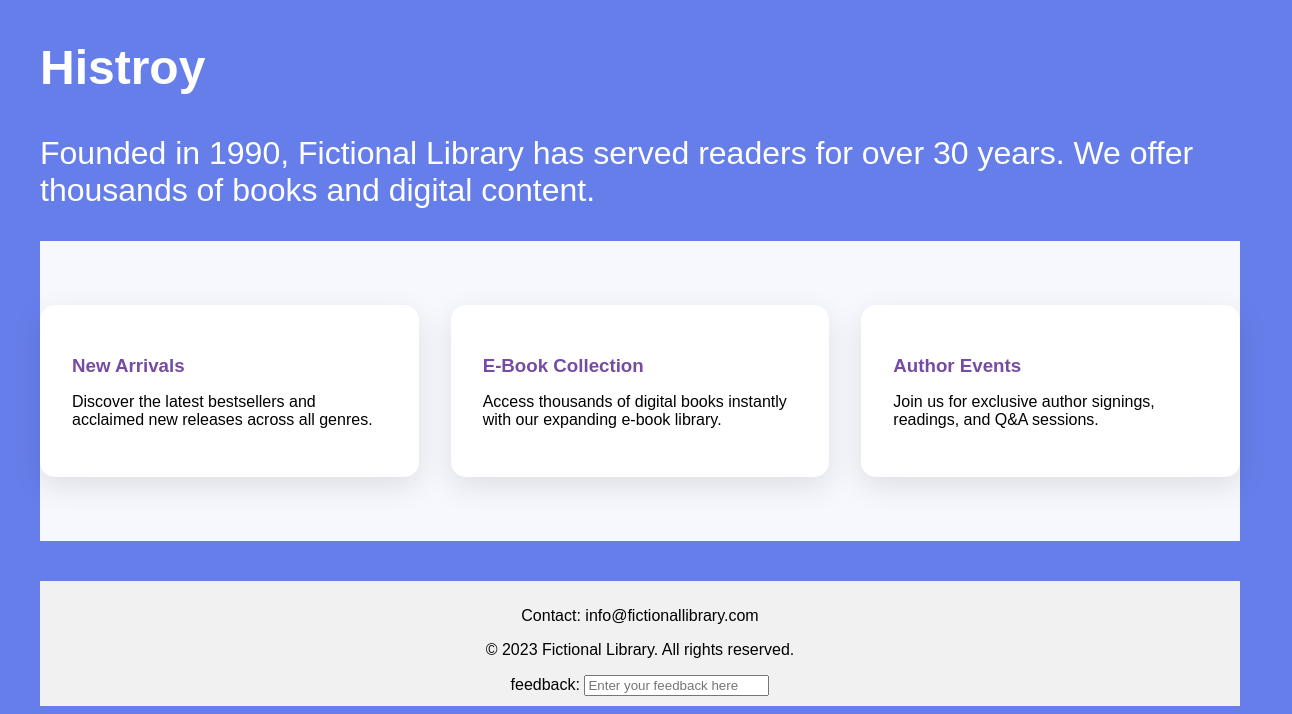
Repository: Ibrahim-Abohola/BookStore
Page: Homepage.html
These files come from the project's save history. The page is drawn as it stood at one moment and after a run of saves; the edit follows.
The browser window is 1280 px wide. The page is 1292 px wide, so the pictures cover 1292 px, including what lies to the right of the window. The pictures show the part of the page from y = 340 to 1094 px (the page is 1054 px tall before and 1094 px after).

Above is the page before, as saved 2025-07-16 00:45:23.

After the next 2 saves:
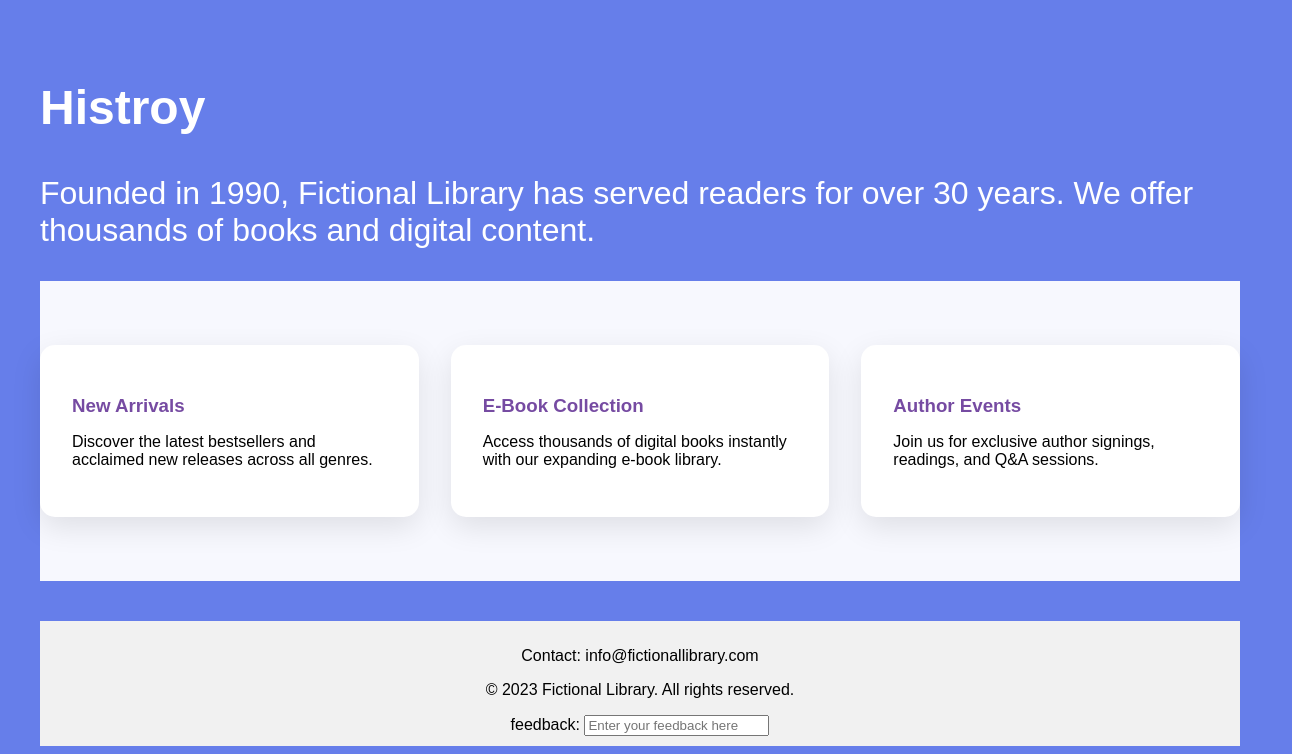
The 2 saves are shown as one change because they came seconds apart.
The last was saved 19 s later.
--- a/styles.css
+++ b/styles.css
@@ -13,6 +13,7 @@ body {
     color: white;
     font-size: 2rem;
     margin-bottom: 1rem;
+    margin-top: 80px;
 }
 nav {
     background: rgba(255, 255, 255, 0.95);
